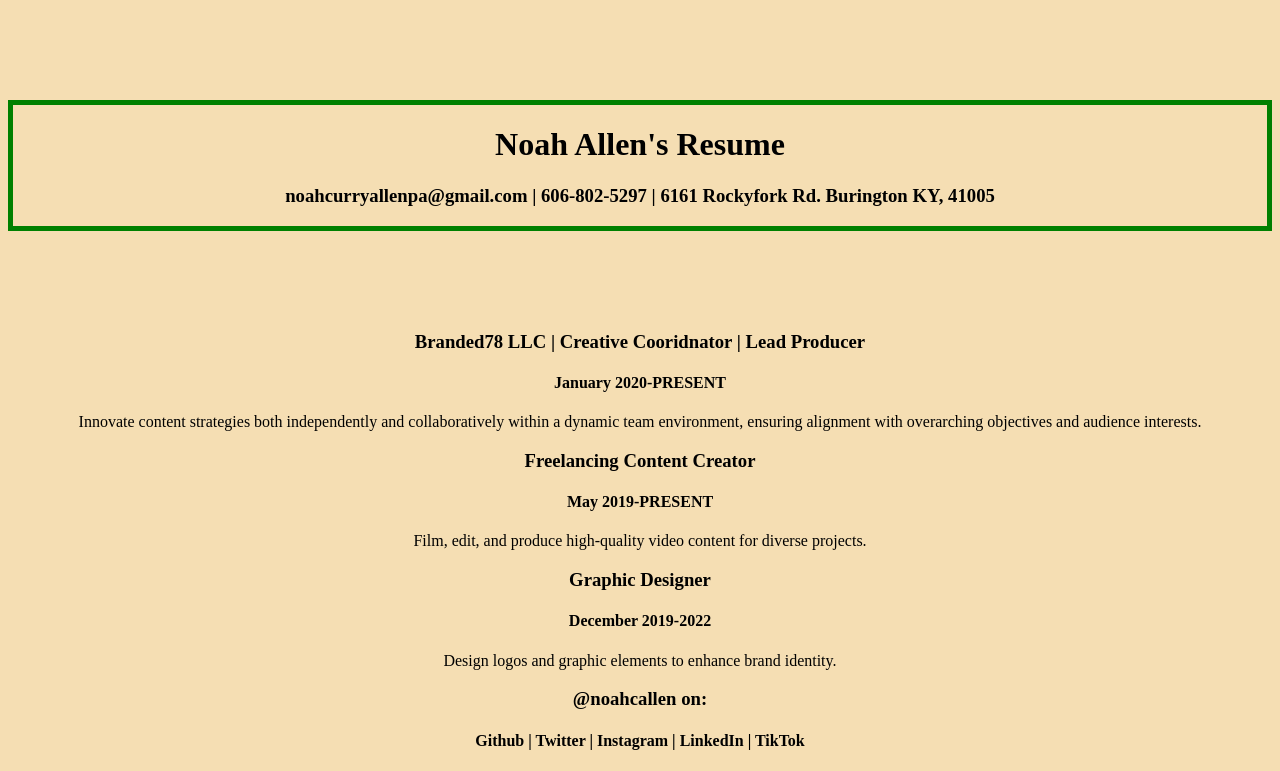
Repository: noahcallen/LAB-HTML-Resume
Page: index.html
These files come from the project's save history. The page is drawn as it stood at one moment and after the next save; the edit follows.
The browser window is 1280 px wide. The pictures show the whole page.

Above is the page before, as saved 2024-07-08 21:44:45.

### index.html
<!DOCTYPE html>
<html lang="en">
<head>
  <meta charset="UTF-8">
  <meta name="viewport" content="width=device-width, initial-scale=1.0">
  <title>Document</title>
  <link rel="stylesheet" href="main.css">
</head>
<body>

  <div class="HEADER">
  <!--HEADER-->
  <h1>Noah Allen's Resume</h1>
  <h3> noahcurryallenpa@gmail.com | 606-802-5297 | 6161 Rockyfork Rd. Burington KY, 41005</h3>
<!--END HEADER-->
  </div>

  <article id="Job1">
    <h3>Branded78 LLC | Creative Cooridnator | Lead Producer</h3>
    <h4>January 2020-PRESENT</h4>
    <section>
      <p>Innovate content strategies both independently and collaboratively within a dynamic team environment, ensuring alignment with overarching objectives and audience interests.</p>
    </section>
  </article>

  <article id="Job2">
    <h3>Freelancing Content Creator</h3>
    <h4>May 2019-PRESENT</h4>
    <section>
      <p>Film, edit, and produce high-quality video content for diverse projects.</p>
    </section>
  </article>

  <article id="Job3">
    <h3>Graphic Designer</h3>
    <h4>December 2019-2022</h4>
    <section>
      <p>Design logos and graphic elements to enhance brand identity.</p>
    </section>
  </article>

  <div class="FOOTER">
    <!-- FOOTER-->
     <h3>@noahcallen on:</h3>
     <h4>Github | Twitter | Instagram | LinkedIn | TikTok</h4>
    <!-- FOOTER-->
  </div>



  <script src="main.js"></script>
</body>
</html>

### main.css
body {
  background-color: wheat;
  text-align: center;
}

.HEADER {
  margin: 100px 0px 100px 0px;
  border: solid 5px green;
}

Loaded but not shown: main.js (no stored copy; drawn as an empty file)

After the next save:
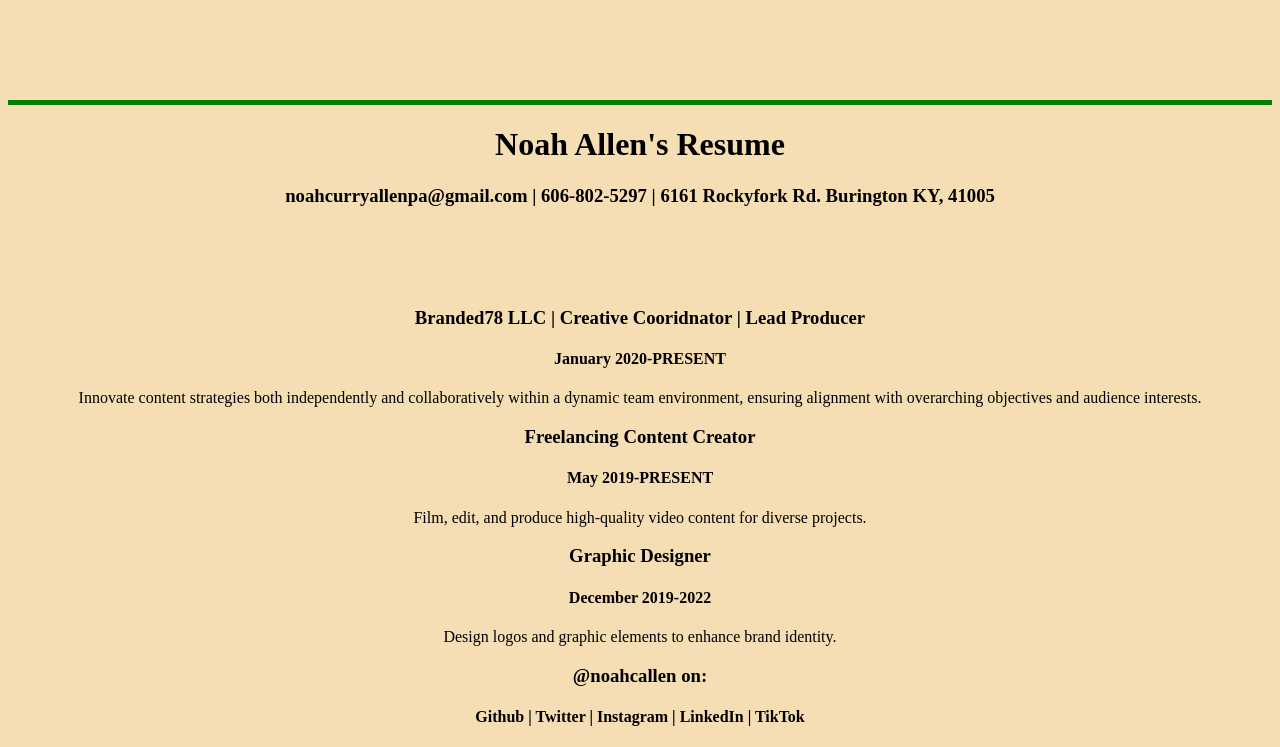
Saved 41 s later.
--- a/main.css
+++ b/main.css
@@ -5,5 +5,5 @@
 
 .HEADER {
   margin: 100px 0px 100px 0px;
-  border: solid 5px green;
+  border-top: solid 5px green;
 }
